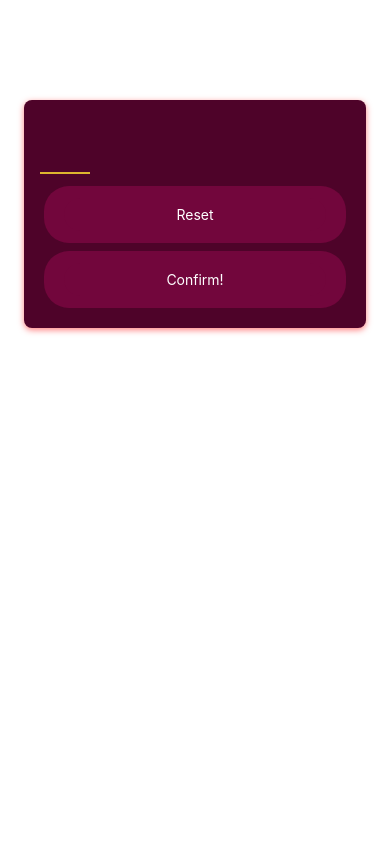
Repository: SyLe-Van/Number-Guessing-Game
Screen: /
An editor plug-in stored every save of this project. The screen is shown before and after the next save, followed by the edit.
The app was drawn by React Native's web renderer in a window 390 px wide. The project was rebuilt for these pictures with package versions that can differ from the ones it lists, and the page was loaded fresh each time.

Above is the screen before, as saved 2024-02-02 09:16:59.

After the next save:
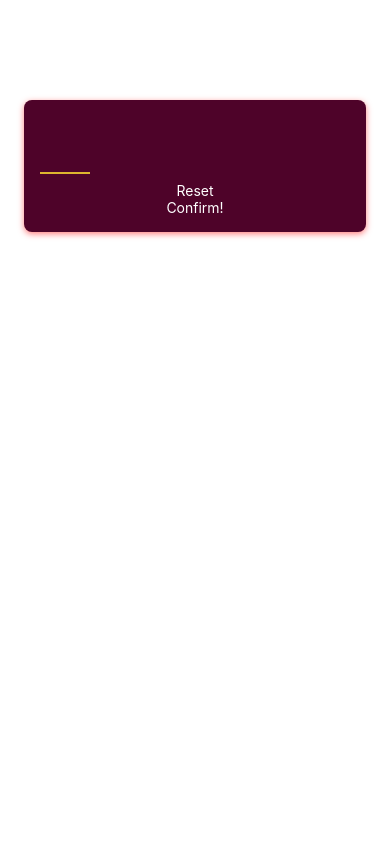
Saved 115 s later.
--- a/components/PrimaryButton.js
+++ b/components/PrimaryButton.js
@@ -20,7 +20,11 @@ function PrimaryButton({ children }) {
   );
 }
 const styles = StyleSheet.create({
-  buttonContainer: {
+  buttonOuterContainer: {
+    borderRadius: 28,
+    margin: 4,
+  },
+  buttonInnerContainer: {
     backgroundColor: "#72063c",
     borderRadius: 25,
     paddingVertical: 8,
